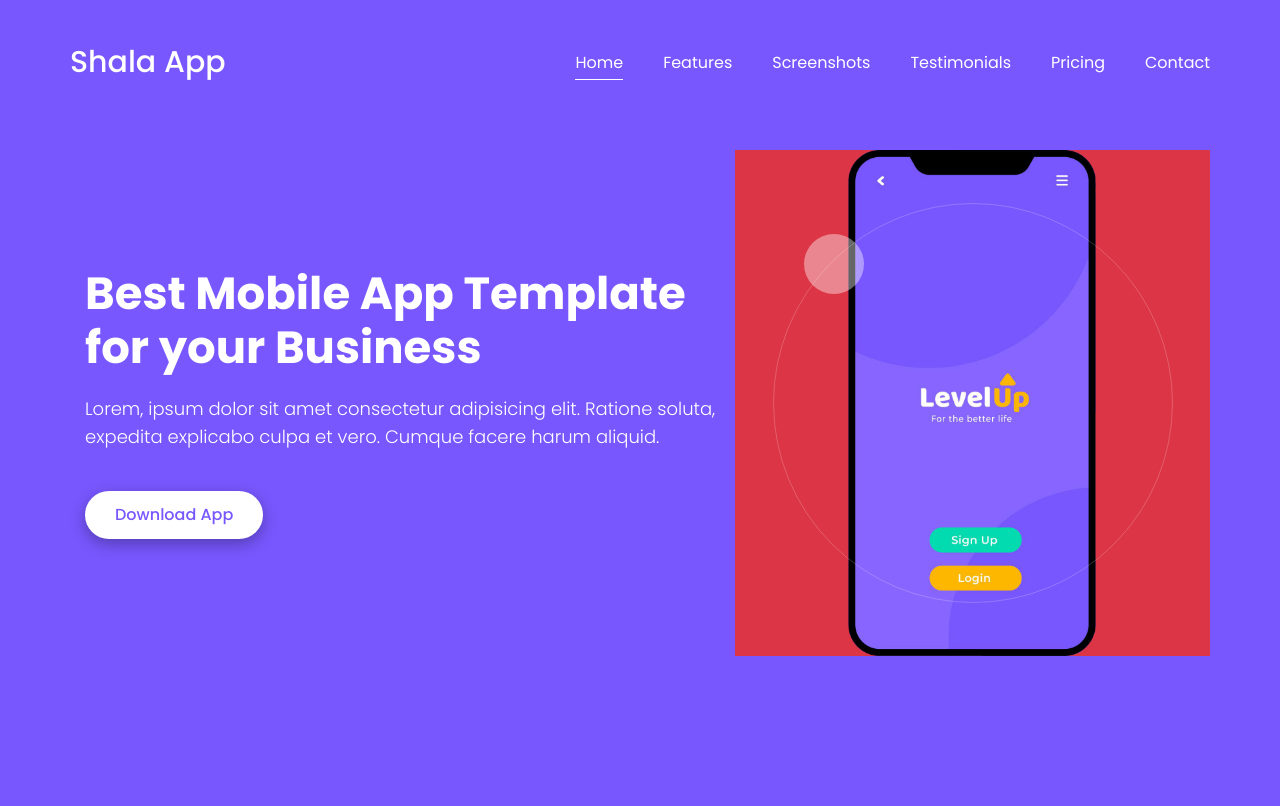
Repository: Mohamed-Hema/Shala-App
Page: index.html
The author's editor kept a copy of each file at every save. The page is drawn from the files as they stood at one save, then again after the next save.
The browser window is 1280 px wide. The pictures show the whole page.

Above is the page before, as saved 2021-02-13 09:09:05.

After the next save:
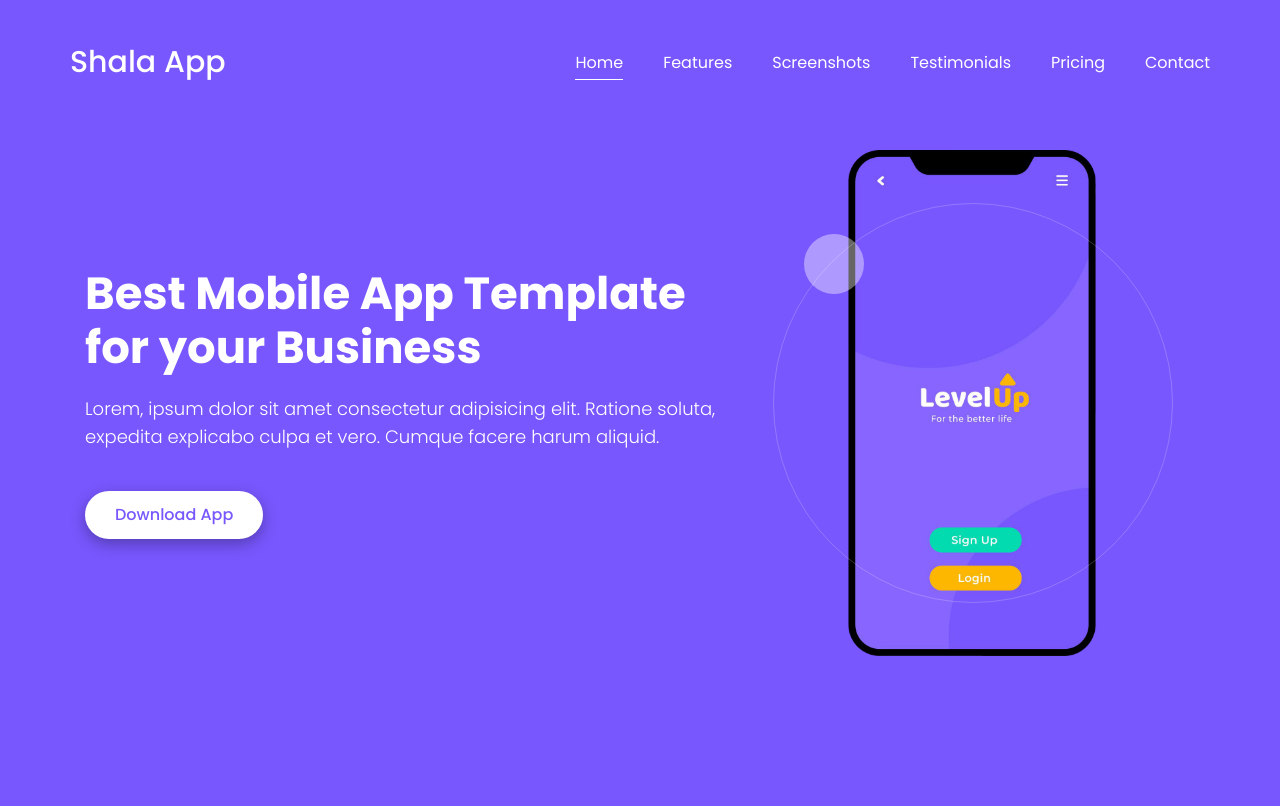
Saved 9 s later.
--- a/index.html
+++ b/index.html
@@ -66,7 +66,7 @@
             </div>
           </div>
         </div>
-        <div class="col-md-5 bg-danger text-center">
+        <div class="col-md-5 text-center">
           <div class="home-img">
             <div class="circle"></div>
             <img src="img/app-screenshots/1.png" alt="First App Screen">
--- a/css/style.css
+++ b/css/style.css
@@ -149,7 +149,5 @@ ul{
     left: 30px;
     top: 30px;
 }
-.bg-danger{
 
-}
 /* End Home Section */
